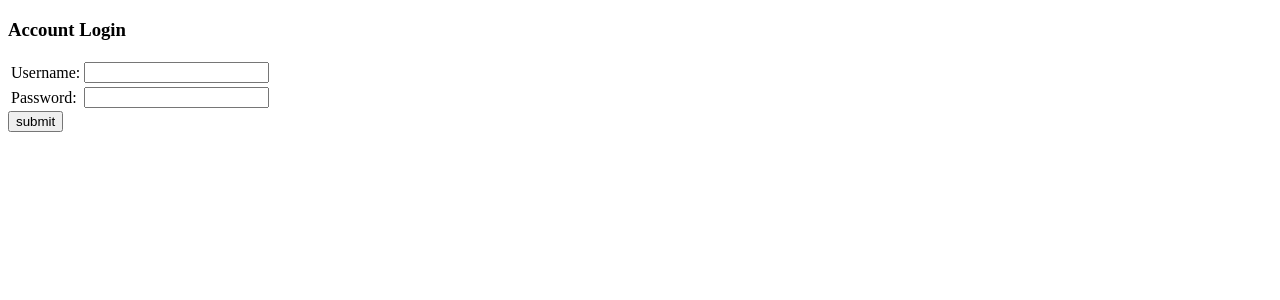
Repository: txnixhq/data_mgmt
Page: http://localhost/ProjectCS336/Customer/CustomerLoginPage.jsp
These files come from the project's save history. The page is drawn as it stood at one moment and after the next save; the edit follows.
The browser window is 1280 px wide. The pictures show the whole page.
The page is served by Tomcat 9.

Above is the page before, as saved 2023-12-12 03:19:03.

After the next save:
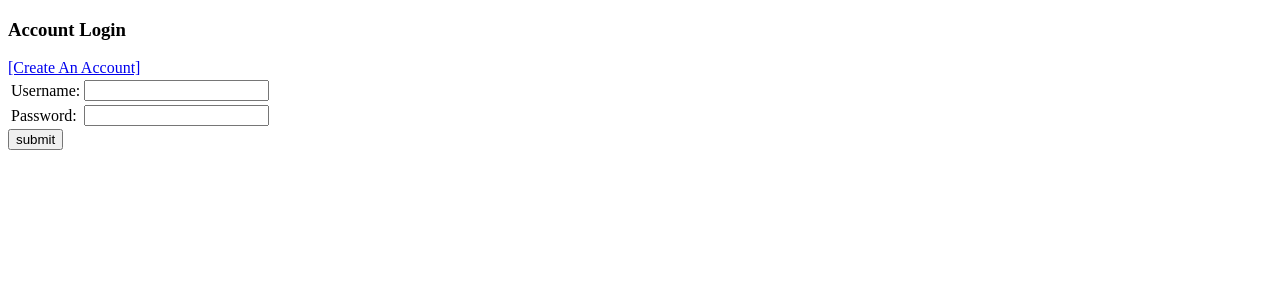
Saved 10 min 4 s later.
--- a/ProjectCS336/src/main/webapp/Customer/CustomerLoginPage.jsp
+++ b/ProjectCS336/src/main/webapp/Customer/CustomerLoginPage.jsp
@@ -20,6 +20,7 @@
 				<td>Password:</td>
 				<td><input type="text" name="password"></td>
 			</tr>
+			<a href="NewCustomerAcc.jsp">[Create An Account]</a>
 		</table>
 		<input type="submit" value="submit">
 	</form>
